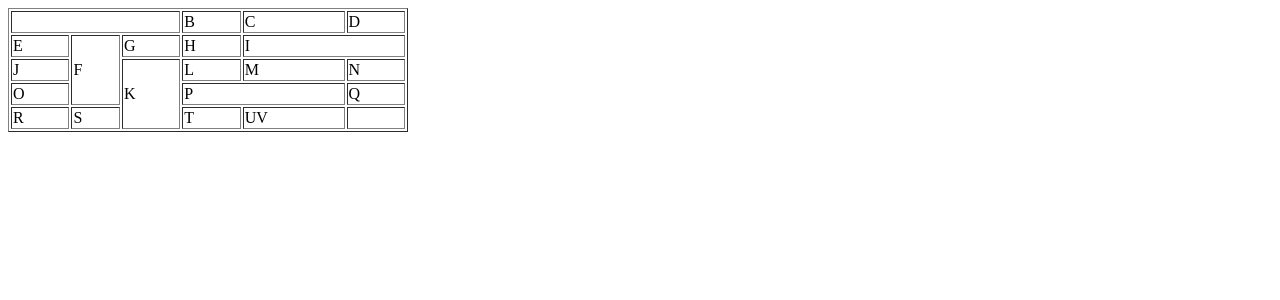
Repository: luna2222/web
Page: 01HTML5/WebContent/[3강]HTML태그/03_06.html
These files come from the project's save history. The page is drawn as it stood at one moment and after the next save; the edit follows.
The browser window is 1280 px wide. The pictures show the whole page.

Above is the page before, as saved 2019-02-19 01:02:37.

After the next save:
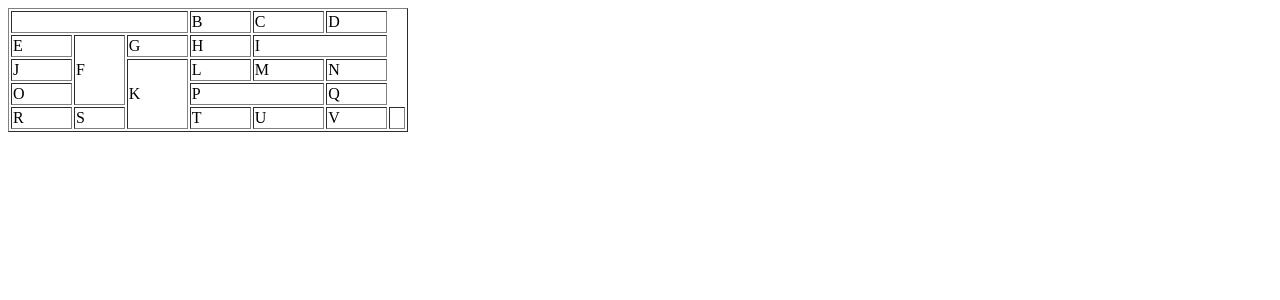
Saved 28 s later.
--- a/01HTML5/WebContent/[3강]HTML태그/03_06.html
+++ b/01HTML5/WebContent/[3강]HTML태그/03_06.html
@@ -39,7 +39,8 @@
  <td>R</td>
  <td>S</td>
  <td>T</td>
- <td>UV</td>
+ <td>U</td>
+ <td>V</td>
 
  <td></td>
 </tr>
